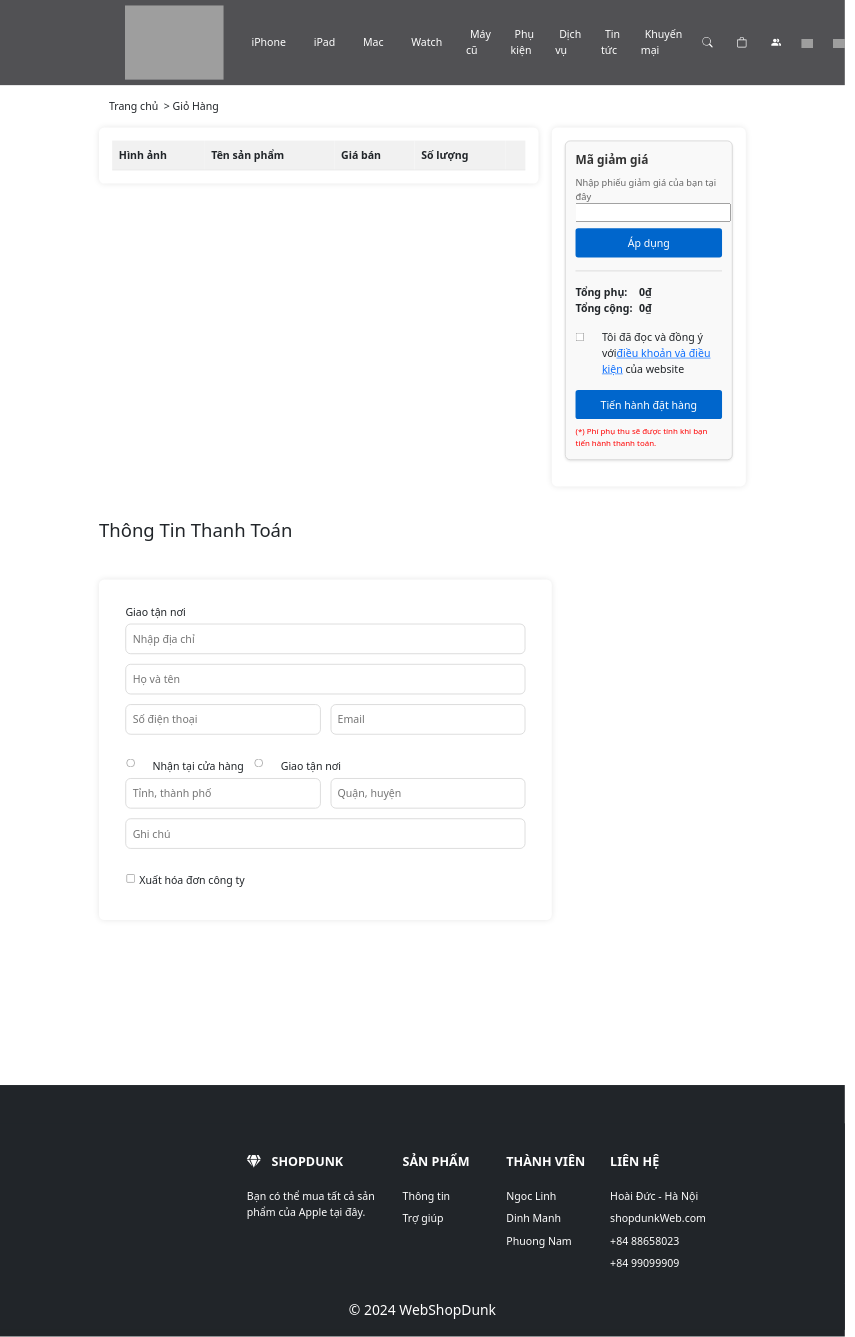
Repository: 20092004nam2k4/FE-ShopDunk
Page: /cart
The author's editor kept a copy of each file at every save. The page is drawn from the files as they stood at one save, then again after the next save.
The browser window is 1280 px wide. The page is 1296 px wide, so the pictures cover 1296 px, including what lies to the right of the window. The pictures show the whole page, at 66% of full size.
Pictures or frames that could not be fetched are drawn as grey boxes. The page's requests for data from a server got no answer. The project was rebuilt for these pictures with package versions that can differ from the ones it lists, and the page was loaded fresh each time. No one was signed in, and anything a server would have sent is missing. Also part of the build but not shown: src/component/common/SlideImage.css, src/component/common/SlideImage.js, src/component/product/ProductList.css, src/component/product/ProductList.js, src/component/product/ProductDetail.css, src/component/product/ProductDetail.js, src/component/user/LoginUser.js, src/component/user/UserProfile.js and 3 more.

Above is the page before, as saved 2024-06-10 14:13:13.

### src/component/cart/CartPage.js
import React, { useState, useEffect } from "react";
import axios from "axios";
import "./CartPage.css";

const CartPage = () => {
  const [cartItems, setCartItems] = useState([]);

  const fetchCartItems = () => {
    axios
      .get("http://localhost:8090/api/products/cart")
      .then((response) => {
        setCartItems(response.data);
      })
      .catch((error) => {
        console.error("Error fetching cart items:", error);
      });
  };

  useEffect(() => {
    fetchCartItems();
  }, []);

  const removeFromCart = (id) => {
    axios
      .delete(`http://localhost:8090/api/products/removeFromCart/${id}`)
      .then(() => {
        fetchCartItems(); // Refresh the cart items after removing
      })
      .catch((error) => {
        console.error("Error removing product from cart:", error);
      });
  };

  const updateQuantity = (id, newQuantity) => {
    axios
      .put(`http://localhost:8090/api/products/updateCart/${id}`, {
        quantity: newQuantity,
      })
      .then(() => {
        fetchCartItems(); // Refresh the cart items after updating
      })
      .catch((error) => {
        console.error("Error updating product quantity:", error);
      });
  };

  const calculateSubtotal = () => {
    return cartItems.reduce((sum, item) => sum + item.product.price * item.quantity, 0);
  };

  const calculateTotal = () => {
    return calculateSubtotal();
  };

  return (<>


    <div className="cart-page">
      <div>
        <p className="tittle-header">Trang chủ &nbsp;&gt; Giỏ Hàng</p>
      </div>
      <div className="tong">
        <div className="left">
          <div className="cart-detail">
            <table className="cart">
              <thead>
                <tr>
                  <th>Hình ảnh</th>
                  <th>Tên sản phẩm</th>
                  <th>Giá bán</th>
                  <th>Số lượng</th>
                  <th></th>
                </tr>
              </thead>
              <tbody>
                {cartItems.map((item) => (
                  <tr key={item.id}>
                    <td>
                      <a href={`/product/${item.product.id}`}>
                        <img
                          alt={`Ảnh của ${item.product.name}`}
                          src={`http://localhost:8090/image/${item.product.image}`}
                          title={`Hiển thị chi tiết cho ${item.product.name}`}
                        />
                      </a>
                    </td>
                    <td className="product">
                      <a href={`/product/${item.product.id}`} className="product-name">
                        {item.product.name}
                      </a>
                      <div className="edit-item"></div>
                    </td>
                    <td className="unit-price">
                      <span className="product-unit-price">
                        {parseInt(item.product.price).toLocaleString()}₫
                      </span>
                    </td>
                    <td className="quantity">
                      <div className="cart-quantity-input-container">
                        <svg
                          id={`cart-quantity-input-subtract${item.id}`}
                          width="11"
                          height="11"
                          viewBox="0 0 11 11"
                          fill="none"
                          xmlns="http://www.w3.org/2000/svg"
                          onClick={() => updateQuantity(item.id, item.quantity - 1)}
                        >
                          <g clipPath="url(#clip0_10158_65576)">
                            <path
                              d="M-0.00390625 5.90234H11.0039C11.1133 5.90234 11.207 5.86328 11.2852 5.78516C11.3633 5.70182 11.4023 5.60547 11.4023 5.49609C11.4023 5.38672 11.3633 5.29297 11.2852 5.21484C11.207 5.13672 11.1133 5.09766 11.0039 5.09766H-0.00390625C-0.0768229 5.09766 -0.144531 5.11589 -0.207031 5.15234C-0.264323 5.1888 -0.311198 5.23828 -0.347656 5.30078C-0.384115 5.35807 -0.402344 5.42318 -0.402344 5.49609C-0.402344 5.57422 -0.384115 5.64453 -0.347656 5.70703C-0.311198 5.76432 -0.264323 5.8112 -0.207031 5.84766C-0.144531 5.88411 -0.0768229 5.90234 -0.00390625 5.90234Z"
                              fill="#0066CC"
                            ></path>
                          </g>
                          <defs>
                            <clipPath id="clip0_10158_65576">
                              <rect width="11" height="11" fill="white"></rect>
                            </clipPath>
                          </defs>
                        </svg>
                        <input
                          className="input-text"
                          id={`quantity${item.id}`}
                          value={item.quantity}
                          size="4"
                          readOnly
                        />
                        <svg
                          id={`cart-quantity-input-add${item.id}`}
                          width="12"
                          height="13"
                          viewBox="0 0 12 13"
                          fill="none"
                          xmlns="http://www.w3.org/2000/svg"
                          onClick={() => updateQuantity(item.id, item.setCartItems.quantity + 1)}
                        >
                          <g clipPath="url(#clip0_10158_65579)">
                            <path
                              d="M-0.304688 6.5C-0.304688 6.61458 -0.265625 6.71094 -0.1875 6.78906C-0.104167 6.86719 -0.0104167 6.90625 0.09375 6.90625H5.19531V12.0078C5.19531 12.1172 5.23438 12.2109 5.3125 12.2891C5.39583 12.3672 5.49219 12.4062 5.60156 12.4062C5.71094 12.4062 5.80729 12.3672 5.89062 12.2891C5.96875 12.2109 6.00781 12.1172 6.00781 12.0078V6.90625H11.1094C11.2239 6.90625 11.3177 6.86719 11.3906 6.78906C11.4739 6.71094 11.5156 6.61458 11.5156 6.5C11.5156 6.39583 11.4739 6.30208 11.3906 6.21875C11.3177 6.13542 11.2239 6.09375 11.1094 6.09375H6.00781V1.00781C6.00781 0.893229 5.96875 0.799479 5.89062 0.726562C5.80729 0.653646 5.71094 0.617188 5.60156 0.617188C5.49219 0.617188 5.39583 0.653646 5.3125 0.726562C5.23438 0.799479 5.19531 0.893229 5.19531 1.00781V6.09375H0.09375C-0.0104167 6.09375 -0.104167 6.13542 -0.1875 6.21875C-0.265625 6.30208 -0.304688 6.39583 -0.304688 6.5Z"
                              fill="#0066CC"
                            ></path>
                          </g>
                          <defs>
                            <clipPath id="clip0_10158_65579">
                              <rect
                                width="11.8125"
                                height="12.8125"
                                fill="white"
                                transform="translate(0.09375 0.09375)"
                              ></rect>
                            </clipPath>
                          </defs>
                        </svg>
                      </div>
                    </td>

                    <td className="remove-from-cart">
                      <button
                        onClick={() => removeFromCart(item.id)}
                        className="remove-button"
                      >
                        <i className="fas fa-trash-alt"></i>
                      </button>
                    </td>
                  </tr>
                ))}
              </tbody>
            </table>
          </div>

        </div>

        <div className="right">
        <div className="deals">
            <div className="coupon-box">
              <div className="title">
                <strong>Mã giảm giá</strong>
              </div>
              <div className="hint">Nhập phiếu giảm giá của bạn tại đây</div>
              <input></input>
              <div className="coupon-code">
                <button
                  type="submit"
                  name="applydiscountcouponcode"
                  id="applydiscountcouponcode"
                  className="button-2 apply-discount-coupon-code-button"
                >
                  Áp dụng
                </button>
              </div>
              <div className="totals">
                <div className="total-info">
                  <table className="cart-total">
                    <tbody>
                      <tr className="order-subtotal">
                        <td className="cart-total-left">
                          <label>Tổng phụ:</label>
                        </td>
                        <td className="cart-total-right">
                          <span className="value-summary">
                            {calculateSubtotal().toLocaleString()}₫
                          </span>
                        </td>
                      </tr>
                      <tr className="order-total">
                        <td className="cart-total-left">
                          <label>Tổng cộng:</label>
                        </td>
                        <td className="cart-total-right">
                          <span className="value-summary">
                            {calculateTotal().toLocaleString()}₫
                          </span>
                        </td>
                      </tr>
                    </tbody>
                  </table>
                </div>
                <div id="terms-of-service-warning-box"></div>
                <div className="terms-of-service">
                  <div className="d-flex">
                    <div>
                      <td className="remove-from-cart">
                        <input
                          type="checkbox"
                          name="removefromcart"
                          id="removefromcart274337"
                          value="274337"
                          aria-label="Tẩy"
                        />
                        <button
                          type="button"
                          name="updatecart"
                          className="remove-btn once-submit-button"
                          onClick={() => {
                            document.getElementById(
                              "removefromcart274337"
                            ).checked = true;
                            document.getElementById("updatecart").click();
                          }}
                        ></button>
                      </td>
                    </div>
                    <br></br>
                    <label htmlFor="termsofservice">
                      <span className="rule-web">Tôi đã đọc và đồng ý với</span>
                      <a
                        href="/chinh-sach-doi-tra"
                        className="read"
                        target="_blank"
                      >
                        điều khoản và điều kiện
                      </a>{" "}
                      <span className="rule-web">của website</span>
                    </label>
                  </div>
                </div>
                <div className="checkout-buttons">
                  <button
                    type="submit"
                    id="checkout"
                    name="checkout"
                    value="checkout"
                    className="button-1 checkout-button"
                  >
                    Tiến hành đặt hàng
                  </button>
                </div>
                <div className="note-ck">
                  (*) Phí phụ thu sẽ được tính khi bạn tiến hành thanh toán.
                </div>
                <div className="addon-buttons"></div>
              </div>
            </div>
          </div>
        </div>
      </div>
        </div>

        <div className="thanhtoan">
        <h3>Thông Tin Thanh Toán</h3>
        </div>
      <div className="tong-bot">
        <div class="left">
          <div class="enter-address bg-white">
          <h6>Giao tận nơi</h6>
            <input placeholder="Nhập địa chỉ"></input>
            <input placeholder="Họ và tên"></input>
            <div class="half-inputs">
              <input placeholder="Số điện thoại"></input>
              <input placeholder="Email"></input>
            </div>
            <div class="edit-address">
              <div class="delivery-method">
                <input type="radio" id="receive-store" name="receive-method" value="store"></input>Nhận tại cửa hàng
                <input type="radio" id="receive-delivery" name="receive-method" value="delivery"></input>Giao tận nơi
              </div>
              <div class="half-inputs">
                <input placeholder="Tỉnh, thành phố"></input>
                <input placeholder="Quận, huyện"></input>
              </div>
              <div>
                <input placeholder="Ghi chú"></input>
              </div>
              <div class="edit-address">
                <input type="checkbox" id="company-invoice" name="company-invoice" value="company-invoice"></input>Xuất hóa đơn công ty
              </div>
            </div>
          </div>
        </div>
      </div>



    <footer className="text-center text-lg-start bg-dark text-white footerMain">
        <section className="bg-dark" style={{ height: "243px" }}>
          <div className="container text-center text-md-start mt-5 textFooter">
            <div className="row mt-3">
              <div
                className="col-md-3 col-lg-4 col-xl-3 text-left mb-4"
                style={{ marginLeft: "104px" }}
              >
                <h6
                  className="text-uppercase fw-bold mb-4"
                  style={{ fontSize: "19px" }}
                >
                  <i className="fas fa-gem me-3" />
                  Shopdunk
                </h6>
                <p style={{ fontSize: "16px" }}>
                  Bạn có thể mua tất cả sản phẩm của Apple tại đây.
                </p>
              </div>
              <div className="col-md-2 col-lg-2 col-xl-2 text-left mb-4">
                <h6
                  className="text-uppercase fw-bold mb-4"
                  style={{ fontSize: "19px" }}
                >
                  Sản phẩm
                </h6>
                <p style={{ fontSize: "16px" }}>Thông tin</p>
                <p style={{ fontSize: "16px" }}>Trợ giúp</p>
              </div>
              <div className="col-md-3 col-lg-2 col-xl-2 text-left mb-4">
                <h6
                  className="text-uppercase fw-bold mb-4"
                  style={{ fontSize: "19px" }}
                >
                  Thành viên
                </h6>
                <p style={{ fontSize: "16px" }}>Ngoc Linh</p>
                <p style={{ fontSize: "16px" }}>Dinh Manh</p>
                <p style={{ fontSize: "16px" }}>Phuong Nam</p>
              </div>
              <div className="col-md-4 col-lg-3 col-xl-3 text-left mb-md-0 mb-4">
                <h6
                  className="text-uppercase fw-bold mb-4"
                  style={{ fontSize: "19px" }}
                >
                  Liên hệ
                </h6>
                <p style={{ fontSize: "16px" }}>Hoài Đức - Hà Nội</p>
                <p style={{ fontSize: "16px" }}>shopdunkWeb.com</p>
                <p style={{ fontSize: "16px" }}>+84 88658023</p>
                <p style={{ fontSize: "16px" }}>+84 99099909</p>
              </div>
            </div>
          </div>
        </section>
        <div
          className="text-center p-4 bg-dark"
          style={{
            backgroundColor: "#40474b",
            height: "70px",
            fontSize: "21px",
            textAlign: "center",
          }}
        >
          © 2024 WebShopDunk
        </div>
      </footer>
    </>
  );
};

export default CartPage;

### src/component/common/Navbar.css
.navbar {
  background-color: #515154;
  padding: 10px;

}

.navbar-links {
  list-style: none;
  display: flex;
  justify-content: center;
  margin: 0;
  padding: 0;
  padding-left: 168px;
  align-items: center;
}

.navbar-links li {
  margin: 0 15px;
}

.navbar-links a {
  color: white;
  text-decoration: none;
  padding: 10px 6px 25px;
  transition: background-color 0.3s;

}

/* .navbar-links a:hover {
  background-color: #575757;
} */
.imageIcon{
  width: 150px;
}
.icon-bag{
  color: white;
  height: 38px;

}
.icon-people{
  color: white;
  height: 38px;

}
.icon-search{
color: white;
height: 38px;
}
.imageIconVN{
  height: 14px;

}
.navbar-links li a {
color: #fff;
text-decoration: none;
transition: color 0.3s ease; }

.navbar-links li a:hover {
color: #fff;
}

### src/component/product/ProductCart.css
.product-list {
  display: flex;
  flex-wrap: wrap;
  justify-content: center;
}
.product-card img {
  max-width: 100%;
  height: auto;
}
.tittleIphone {
  text-align: center;
  margin-top: 38px;
  margin-bottom: 20px;
}
.a-category {
  text-align: center;
  margin-top: 20px;
}
.custom-blue {
  color: #0066cc !important;
  border-color: #0066cc !important;
}
.custom-blue:hover {
  color: #fff !important;
  background-color: #0066cc !important;
}
.button-text {
  font-size: 17px;
}
.product-card {
  width: 300px;
  height: 430px;
  display: flex;
  flex-direction: column;
  align-items: center;
  justify-content: space-between;
  border: 1px solid #ddd;
  padding: 10px;
  margin: 10px;
  box-shadow: 0 4px 8px rgba(0, 0, 0, 0.1); /* Thêm đổ bóng để đẹp hơn */
  border-radius: 5px;
  color: white;
}
.product-name {
  font-weight: bold;
}
.product-price-wrapper {
  display: flex;
  align-items: center;
  gap: 10px;
}
.product-discounted-price {
  font-weight: 700;
  font-size: 16px;
  line-height: 24px;
  color: #0066cc;
}
.product-original-price-wrapper {
  display: flex;
  align-items: center;
}
.product-price {
  color: #6c757d; /* Màu đen nhạt */
  text-decoration: line-through;
  font-size: 16px;
  margin-right: 5px; /* Khoảng cách giữa giá cũ và tag giảm giá */
}
.discount-tag {
  color: #6c757d; /* Màu đen nhạt */
  font-size: 16px;
}
.img-info {
  width: 1200px;
  height: 401px;
}
.info-banner {
  text-align: center;
  margin-top: 80px;
}
.bg-dark {
  background-color: #575757 !important;
}
.text-white {
  color: #fff !important;
}
.border-bottom {
  border-color: rgba(255, 255, 255, 0.1) !important;
}
.footer-links a {
  color: #fff !important;
}
.footer-links a:hover {
  color: #ddd !important;
}
.footerMain {
  margin-top: 90px;
}
.product-card-link {
  text-decoration: none;
  color: inherit; /* Optional: Inherit color to prevent default link color */
}
.textFooter{
  padding-top: 30px;
}

.carousel {
  margin-top: 20px;
  margin-bottom: 20px; /* Để tạo khoảng cách giữa carousel và danh sách sản phẩm */
  padding: 0 210px; /* Thu nhỏ carousel vào 100px mỗi bên */
}

.carousel-inner {
  width: 100%; /* Đảm bảo width của carousel vẫn 100% */
  margin: auto; /* Căn giữa carousel */
}
.carousel-control {
  padding: 0 230px; /* Đặt khoảng cách 20px giữa các nút chuyển ảnh */
}
.category-products-container {
  background-color: #f5f5f7; /* Màu nền của trang */
}
.tittle-headerCategory{
  background-color: white;
  margin-left: 210px;
  padding-top: 15px;
  color: #6c757d;
  padding-bottom: -10px;
}

### src/component/user/Login.css
body {
    font-family: sans-serif;
    /* display: flex; */
    justify-content: center;
    align-items: center;
    min-height: 100vh;
    background-color: #f5f5f5;
  }
  .userName-login{
    margin-top: 25px;
  }



  .left-side {
    width: 50%;
    display: flex;
    justify-content: center;
    align-items: center;
    margin-top: 90px;
  }

  .right-side {
    width: 50%;
    padding: 20px;
    margin-top: 90px;
  }

  .left-side img {
    width: 100%;
    max-width: 600px;
    height: 350px;
  }

  h2 {
    margin-bottom: 20px;
  }

  input[type="text"],
  input[type="password"] {
    width: 100%;
    padding: 10px;
    margin-bottom: 15px;
    border: 1px solid #ddd;
    border-radius: 10px;
    box-sizing: border-box;
  }

  input[type="checkbox"] {
    margin-right: 5px;
  }

  button {
    background-color: #007bff;
    color: #fff;
    padding: 10px 20px;
    border: none;
    border-radius: 3px;
    cursor: pointer;
    width: 100%;
  }

  .link {
    display: block;
    text-align: center;
    margin-top: 15px;
    color: #007bff;
    text-decoration: none;
  }

  .footerMain{
margin-top: 200px;
  }
  .textFooter{
    padding-left: 200px !important;
  }
  .textToRegister{
    margin-top: 15px;
  }

Loaded but not shown: public/index.html (common file); src/index.js (common file); src/component/common/Navbar.js (132 lines, source omitted); src/App.js (47 lines, source omitted); src/context/AuthContext.js (34 lines, source omitted); src/component/cart/CartPage.css (368 lines, source omitted); src/component/user/UserProfile.css (214 lines, source omitted)

After the next save:
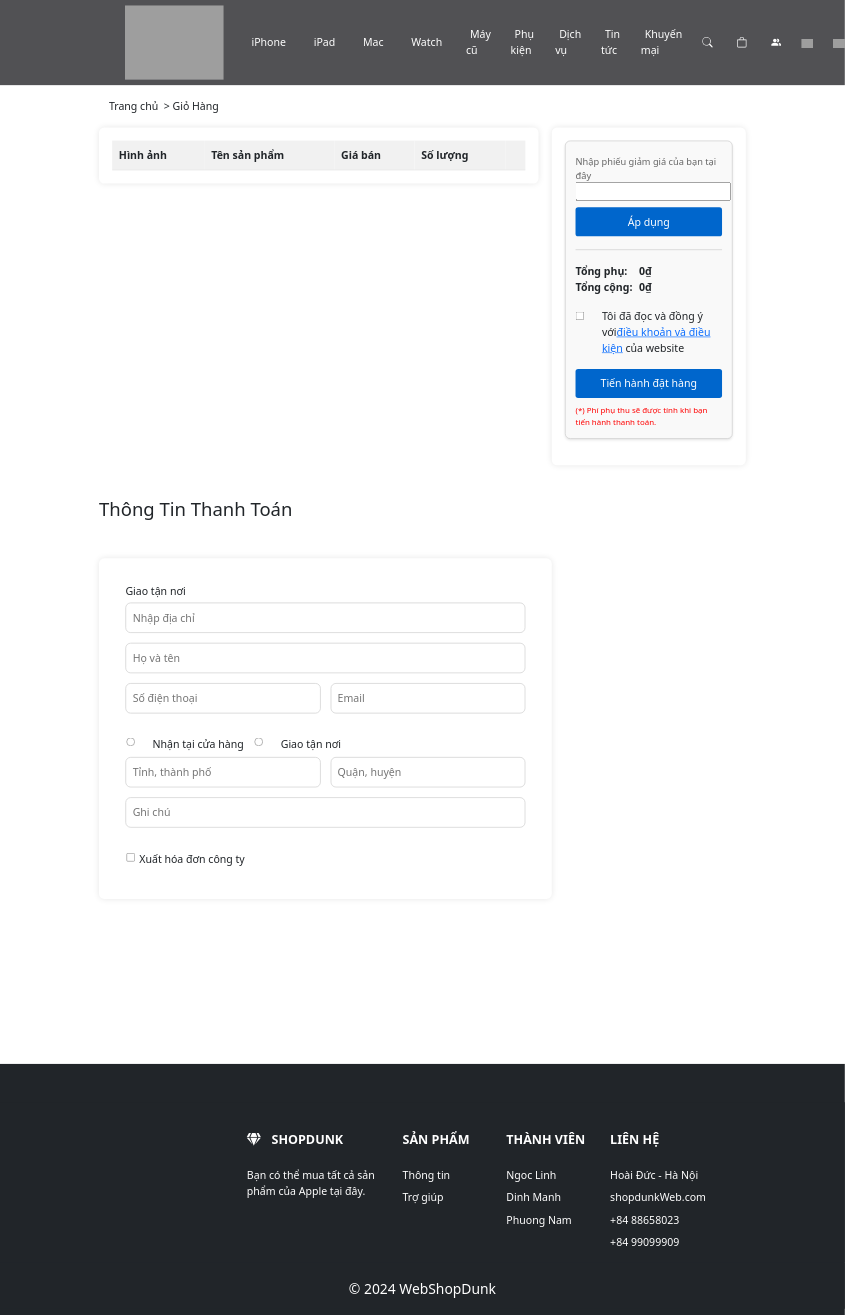
Saved 7 s later.
--- a/src/component/cart/CartPage.js
+++ b/src/component/cart/CartPage.js
@@ -173,9 +173,7 @@
         <div className="right">
         <div className="deals">
             <div className="coupon-box">
-              <div className="title">
-                <strong>Mã giảm giá</strong>
-              </div>
+
               <div className="hint">Nhập phiếu giảm giá của bạn tại đây</div>
               <input></input>
               <div className="coupon-code">
